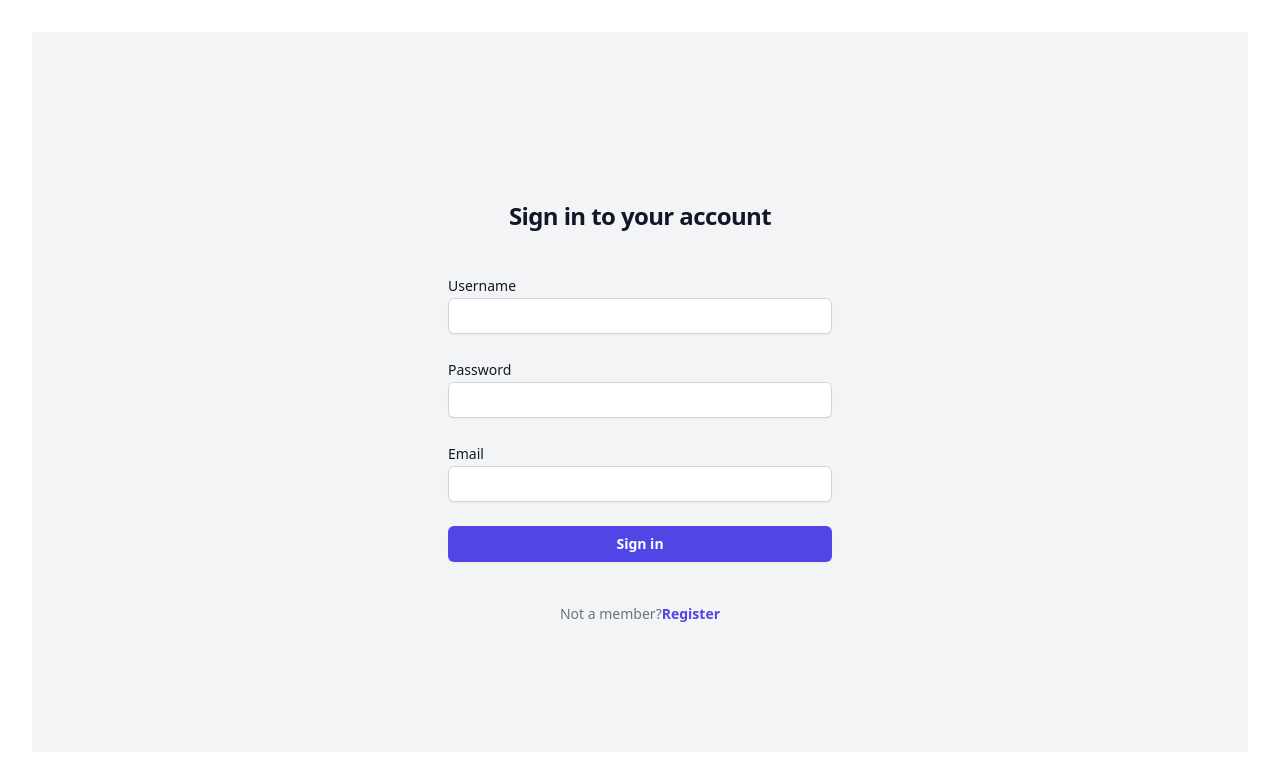
Repository: Wafaabahgat/Formik_React
Page: /
An editor plug-in stored every save of this project. The page is shown before and after the next save, followed by the edit.
The browser window is 1280 px wide. The pictures show the whole page.
The project was rebuilt for these pictures with package versions that can differ from the ones it lists, and the page was loaded fresh each time. Also part of the build but not shown: vite.config.ts.

Above is the page before, as saved 2024-02-13 21:02:22.

### src/App.tsx
// App.tsx
import React from "react";
import RegistrationForm from "./components/RegistrationForm";
import "./App.css";

const App: React.FC = () => {
  return (
    <div className="min-h-screen flex items-center justify-center bg-gray-100">
      <RegistrationForm />
    </div>
  );
};

export default App;

### src/components/RegistrationForm.jsx
// RegistrationForm.js
import React from "react";
import Form from "./form";
// import { useFormik } from "formik";
// import * as Yup from "yup";

const RegistrationForm = () => {
  // const formik = useFormik({
  // initialValues: {
  // username: "",
  // password: "",
  // email: "",
  // },
  // validationSchema: Yup.object({
  // username: Yup.string()
  // .min(8, "Username must be at least 8 characters")
  // .max(20, "Username must be at most 20 characters")
  // .required("Username is required"),
  // password: Yup.string()
  // .min(8, "Password must be at least 8 characters")
  // .max(20, "Password must be at most 20 characters")
  // .matches(
  // /^(?=.*\d)(?=.*[a-z])(?=.*[A-Z])(?=.*[@#$%]).*$/,
  // "Password must meet the criteria"
  // )
  // .required("Password is required"),
  // email: Yup.string()
  // .email("Invalid email address")
  // .required("Email is required"),
  // }),
  // onSubmit: (values) => {
  // Handle form submission
  // console.log(values);
  // },
  // });

  return (
    <div className="flex min-h-full flex-1 flex-col justify-center px-6 py-12 lg:px-8">
      <div className="sm:mx-auto sm:w-full sm:max-w-sm">
        <h2 className="mt-10 text-center text-2xl font-bold leading-9 tracking-tight text-gray-900">
          Sign in to your account
        </h2>
      </div>

      <div className="mt-10 sm:mx-auto sm:w-full sm:max-w-sm">
        <form className="space-y-6" action="#" method="POST">
          <Form ttl="Username" />
          <Form ttl="Password" />
          <Form ttl="Email" />

          <div>
            <button
              type="submit"
              className="flex w-full justify-center rounded-md bg-indigo-600 px-3 py-1.5 text-sm font-semibold leading-6 text-white shadow-sm hover:bg-indigo-500 focus-visible:outline focus-visible:outline-2 focus-visible:outline-offset-2 focus-visible:outline-indigo-600"
            >
              Sign in
            </button>
          </div>
        </form>

        <p className="mt-10 text-center text-sm text-gray-500">
          Not a member?
          <a
            href="#"
            className="font-semibold leading-6 text-indigo-600 hover:text-indigo-500"
          >
            Register
          </a>
        </p>
      </div>
    </div>
  );
};

export default RegistrationForm;

### src/components/form.jsx
import React from "react";

const Form = ({ttl}) => {
  return (
    <div>
      <div className="flex items-center justify-between">
        <label
          htmlFor="password"
          className="block text-sm font-medium leading-6 text-gray-900"
        >
          {ttl}
        </label>
      </div>
      <div className="">
        <input
          id="password"
          name="password"
          type="password"
          autoComplete="current-password"
          required
          className="block w-full rounded-md border-0 py-1.5 text-gray-900 shadow-sm ring-1 ring-inset ring-gray-300 placeholder:text-gray-400 focus:ring-2 focus:ring-inset focus:ring-indigo-600 sm:text-sm sm:leading-6"
        />
      </div>
    </div>
  );
};

export default Form;

Loaded but not shown: index.html (common file); src/main.tsx (common file); src/App.css (common file); tailwind.config.js (common file)

After the next save:
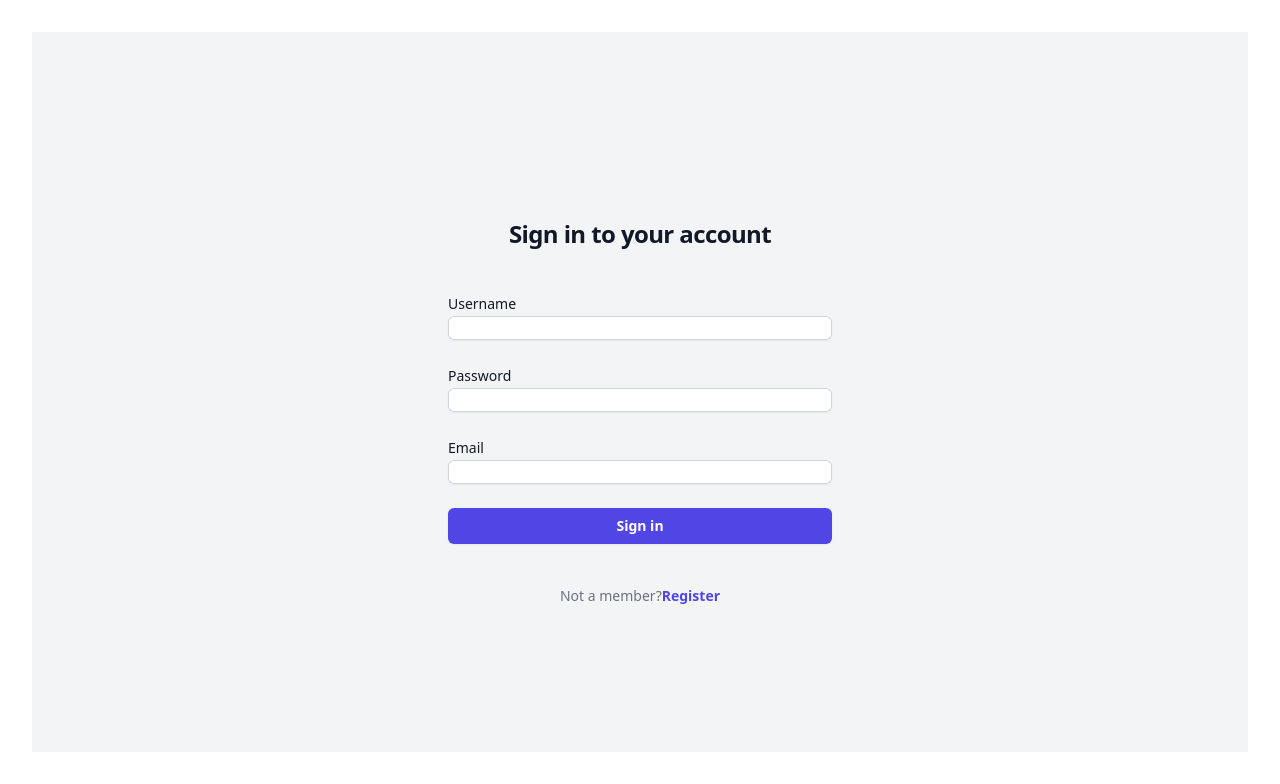
Saved 39 s later.
--- a/src/components/form.jsx
+++ b/src/components/form.jsx
@@ -18,7 +18,7 @@
           type="password"
           autoComplete="current-password"
           required
-          className="block w-full rounded-md border-0 py-1.5 text-gray-900 shadow-sm ring-1 ring-inset ring-gray-300 placeholder:text-gray-400 focus:ring-2 focus:ring-inset focus:ring-indigo-600 sm:text-sm sm:leading-6"
+          className="block w-full rounded-md border-0 text-gray-900 shadow-sm ring-1 ring-inset ring-gray-300 placeholder:text-gray-400 focus:ring-2 focus:ring-inset focus:ring-indigo-600 sm:text-sm sm:leading-6"
         />
       </div>
     </div>

After the save that followed:
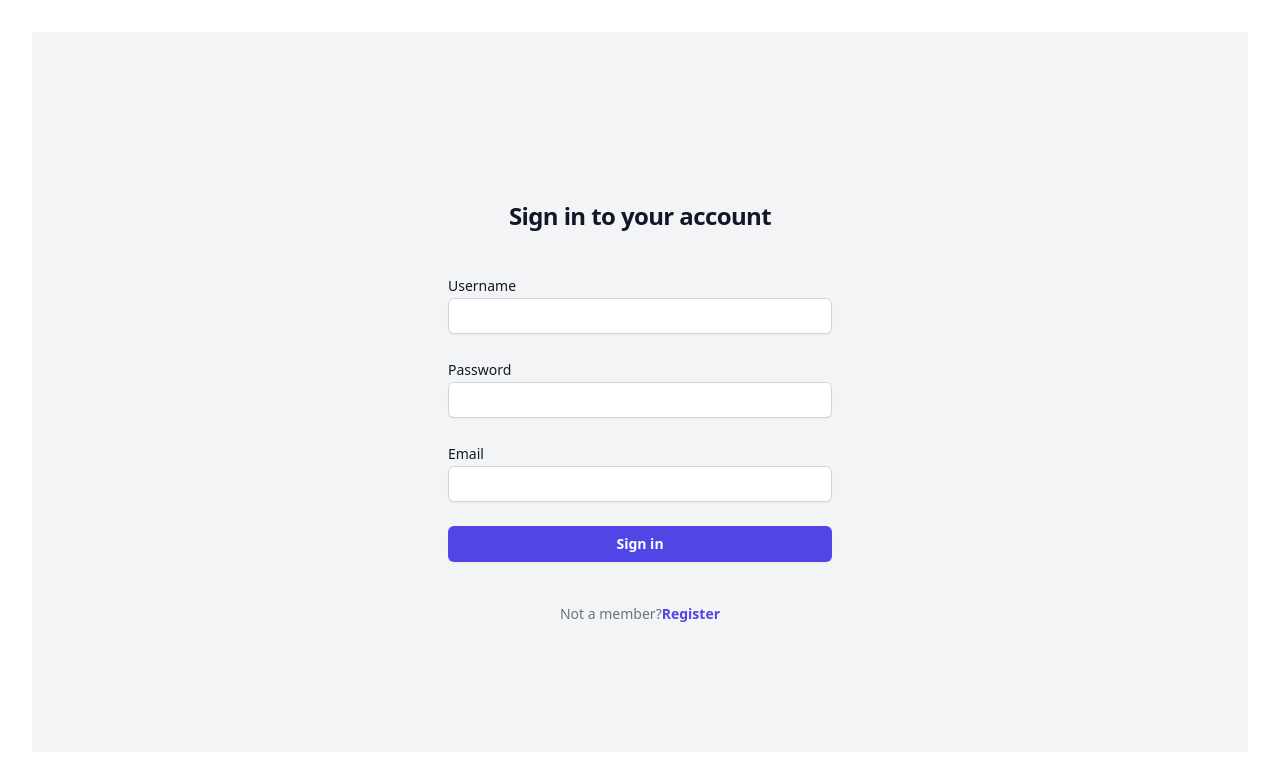
Saved 4 s later.
--- a/src/components/form.jsx
+++ b/src/components/form.jsx
@@ -18,7 +18,7 @@
           type="password"
           autoComplete="current-password"
           required
-          className="block w-full rounded-md border-0 text-gray-900 shadow-sm ring-1 ring-inset ring-gray-300 placeholder:text-gray-400 focus:ring-2 focus:ring-inset focus:ring-indigo-600 sm:text-sm sm:leading-6"
+          className="block w-full rounded-md border-0 py-1.5 text-gray-900 shadow-sm ring-1 ring-inset ring-gray-300 placeholder:text-gray-400 focus:ring-2 focus:ring-inset focus:ring-indigo-600 sm:text-sm sm:leading-6"
         />
       </div>
     </div>
